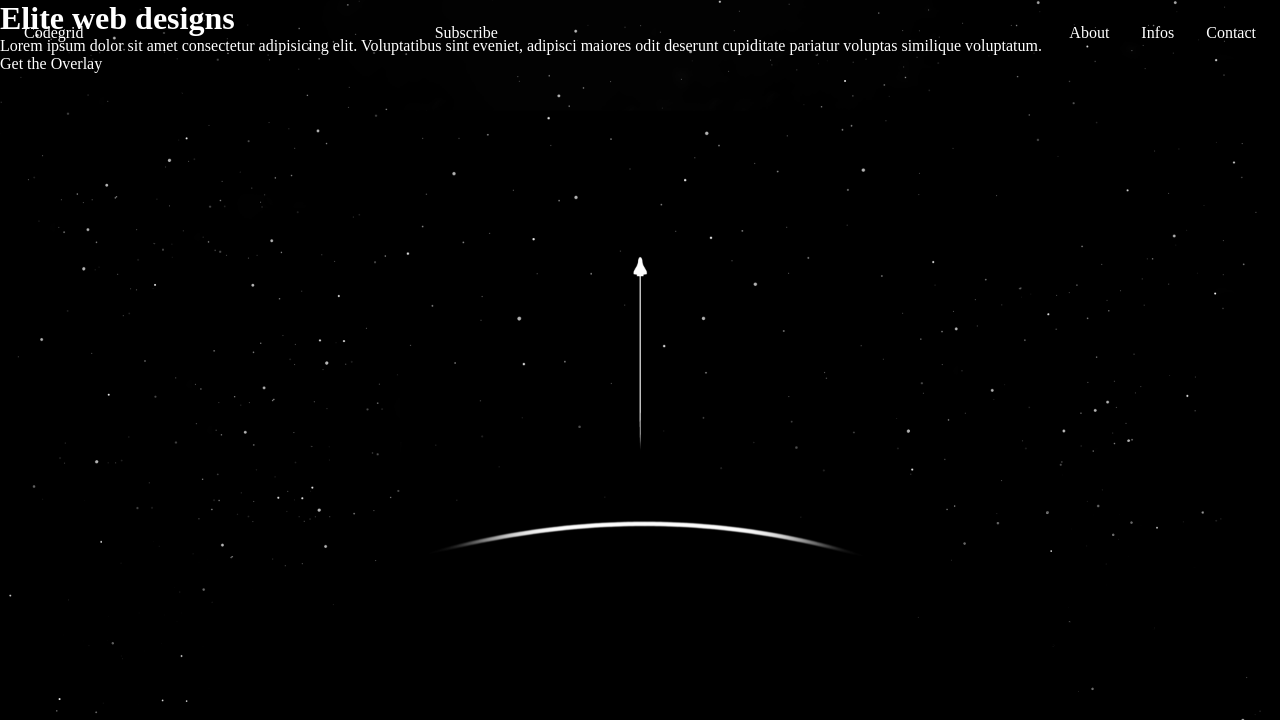
Repository: burhanjawed/Responsive-Slide-Out-Menu
Page: index.html
These files come from the project's save history. The page is drawn as it stood at one moment and after the next save; the edit follows.
The browser window is 1280 px wide. The pictures show the whole page.
Some icons come from a web library that is not loaded, so they are not drawn. An inner scrolling area shows only its first screen. Some web libraries are served in a nearby version.

Above is the page before, as saved 2023-11-26 21:44:46.

After the next save:
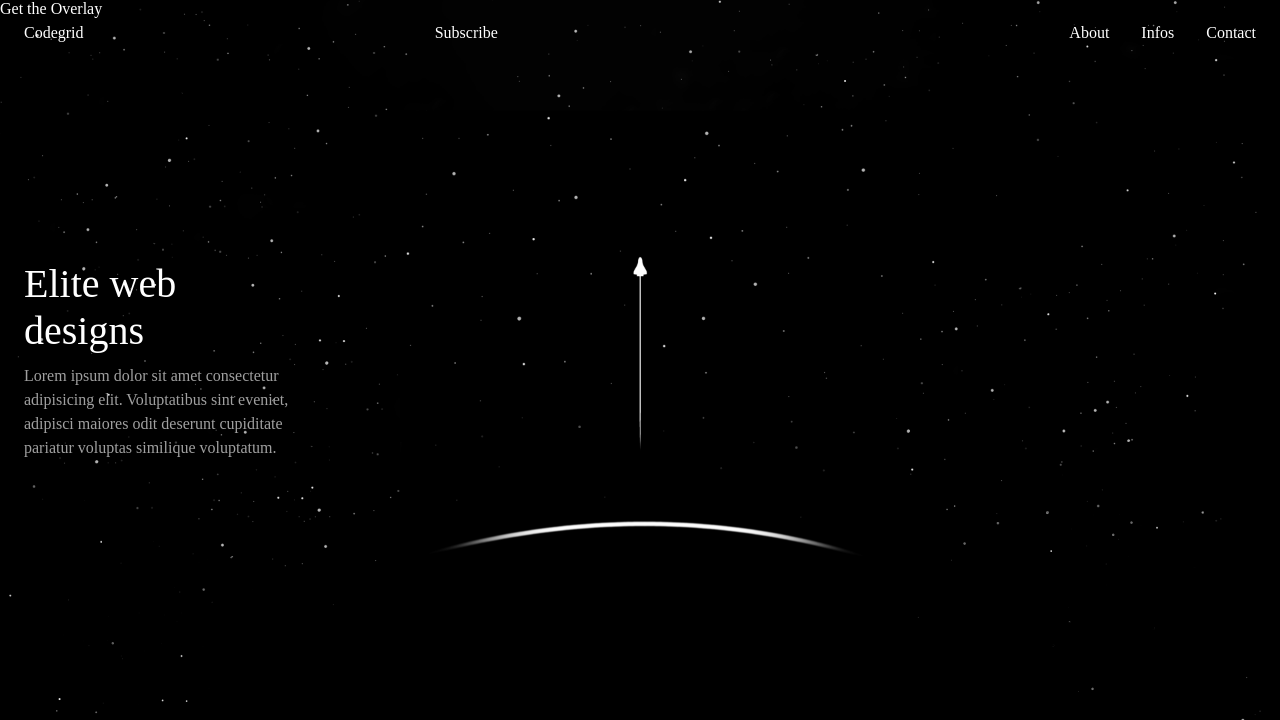
Saved 13 min 20 s later.
--- a/styles.css
+++ b/styles.css
@@ -47,3 +47,22 @@ a {
   text-decoration: none;
   color: #fff;
 }
+
+.hero {
+  position: absolute;
+  top: 50%;
+  transform: translateY(-50%);
+  padding: 0 1.5em;
+  width: 25%;
+}
+
+.hero h1 {
+  font-size: 40px;
+  font-weight: 400;
+  margin-bottom: 10px;
+}
+
+.hero p {
+  color: #a0a0a0;
+  line-height: 1.5;
+}
